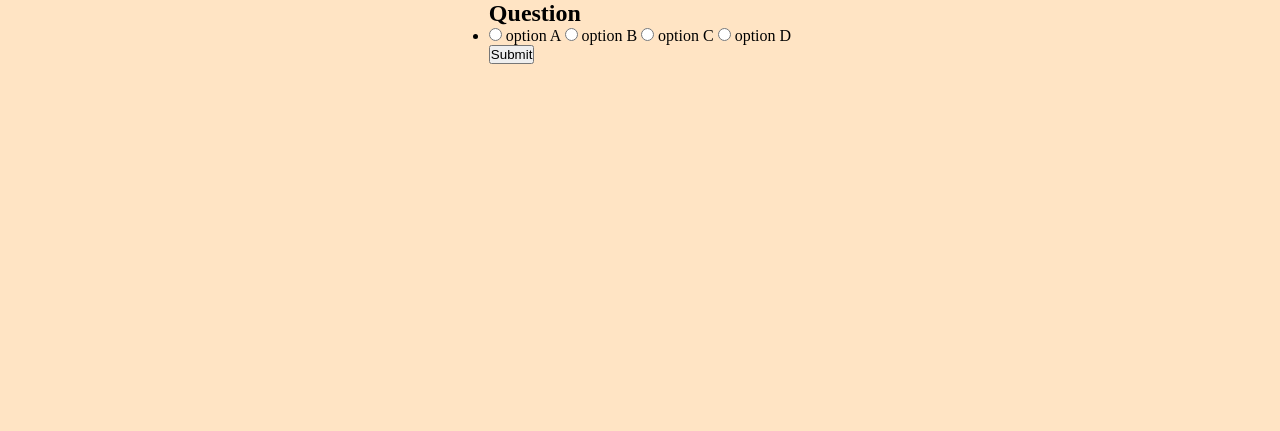
Repository: JunaidAnsari202/Quiz-App
Page: index.html
An editor plug-in stored every save of this project. The page is shown before and after a run of saves, followed by the edit.
The browser window is 1280 px wide. The pictures show the whole page.

Above is the page before, as saved 2024-10-13 19:40:25.

### index.html
<!DOCTYPE html>
<html lang="en">
<head>
    <meta charset="UTF-8">
    <meta name="viewport" content="width=device-width, initial-scale=1.0">
    <title>Quiz app</title>
    <link rel="stylesheet" href="style.css">
</head>
<body>
     <div class="quiz-container">

        <h2 id="quiz-question">
            Question
        </h2>
        <ul>
            <li>
                <input type="radio" class="answer" id="option-a" name="quiz">
                 <label for="option-a" class="text_option_a">option A</label>

                 <input type="radio" class="answer" id="option-a"  name="quiz">
                 <label for="option-b" class="text_option_a">option B</label>

                 <input type="radio" class="answer" id="option-a"  name="quiz">
                 <label for="option-c" class="text_option_a">option C</label>

                 <input type="radio" class="answer" id="option-a"  name="quiz">
                 <label for="option-d" class="text_option_a">option D</label>
            </li>
        </ul>

        <button id="submit">Submit</button>

     </div>


    <script src="script.js"></script>
</body>
</html>

### style.css
*{
    margin: 0;
    padding: 0;
    box-sizing: border-box;
}

body{
    background-color: bisque;
    display: flex;
    justify-content: center;

}

Loaded but not shown: script.js (no copy from this time; the picture is the same without it)

After the next 10 saves:
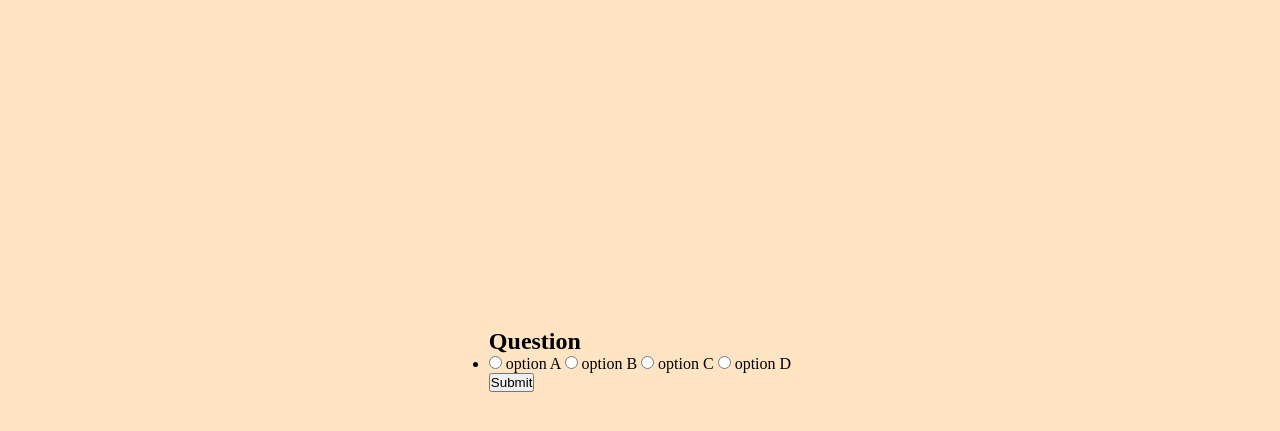
The 10 saves are shown as one change because they came seconds apart.
The last was saved 18 s later.
--- a/style.css
+++ b/style.css
@@ -8,5 +8,6 @@ body{
     background-color: bisque;
     display: flex;
     justify-content: center;
-
+    align-items: center;
+    height: 100vh;
 }
